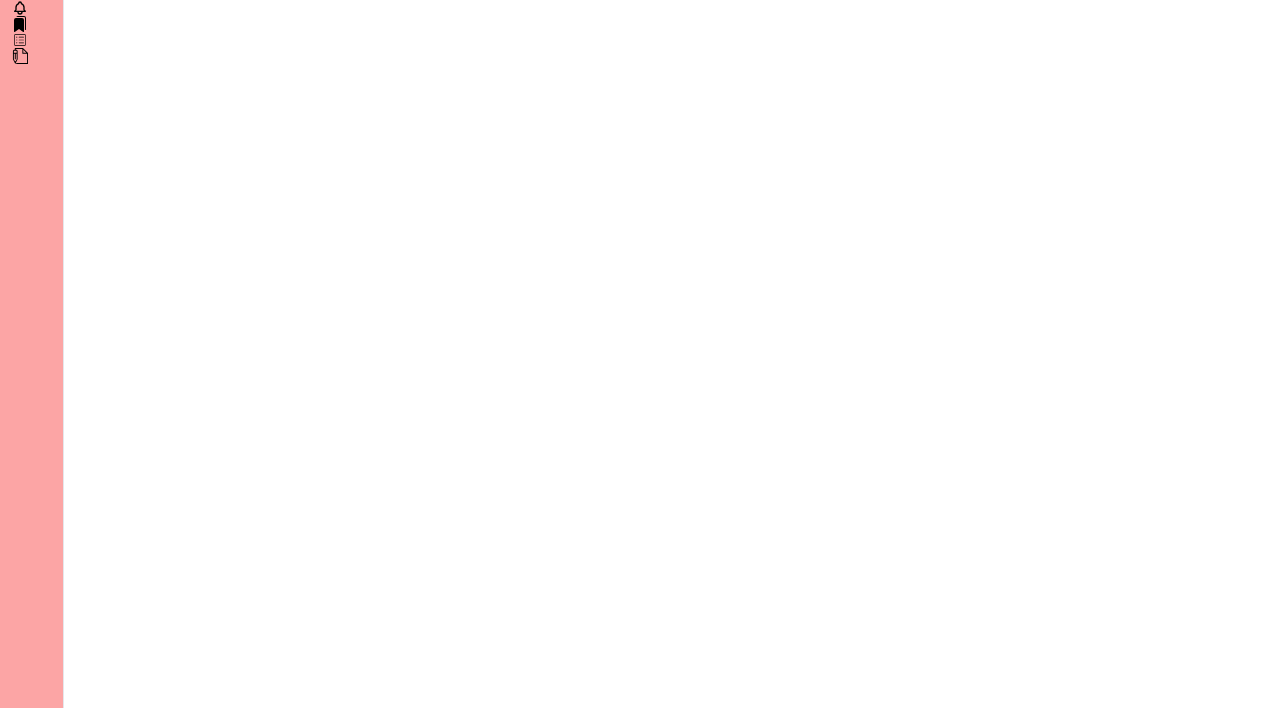
Repository: hisreal123/yt-build
Page: /Components/Menu
The author's editor kept a copy of each file at every save. The page is drawn from the files as they stood at one save, then again after the next save.
The browser window is 1280 px wide. The pictures show the whole page.
The project was rebuilt for these pictures with package versions that can differ from the ones it lists, and the page was loaded fresh each time. The framework's server and built-in components were replaced by stand-ins that run in the browser. Also part of the build but not shown: next.config.js.

Above is the page before, as saved 2022-11-12 01:24:57.

After the next save:
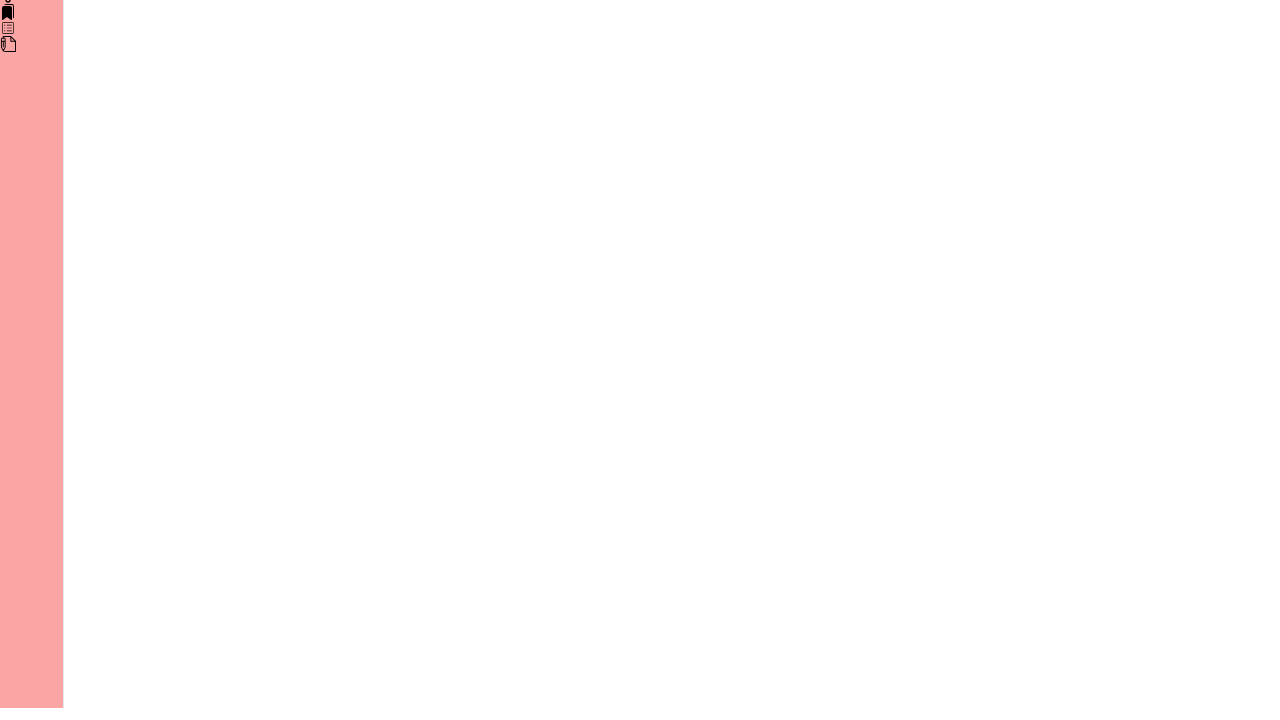
Saved 16 s later.
--- a/pages/Components/Menu.tsx
+++ b/pages/Components/Menu.tsx
@@ -9,7 +9,7 @@
 
 function Menu() {
   return (
-    <div className=" p-3 border-r lg:h-screen lg:w-auto sm:w-screen fixed bottom-3 bg-red-300 w-full lg:min-w-[5%]">
+    <div className=" border-r lg:h-screen lg:w-auto sm:w-screen fixed bottom-3 bg-red-300 w-full lg:min-w-[5%]">
       <SlHome className="lg:hidden" />
       <CiSearch className=" lg:hidden" />
       <CgProfile className=" lg:hidden" />

After the save that followed:
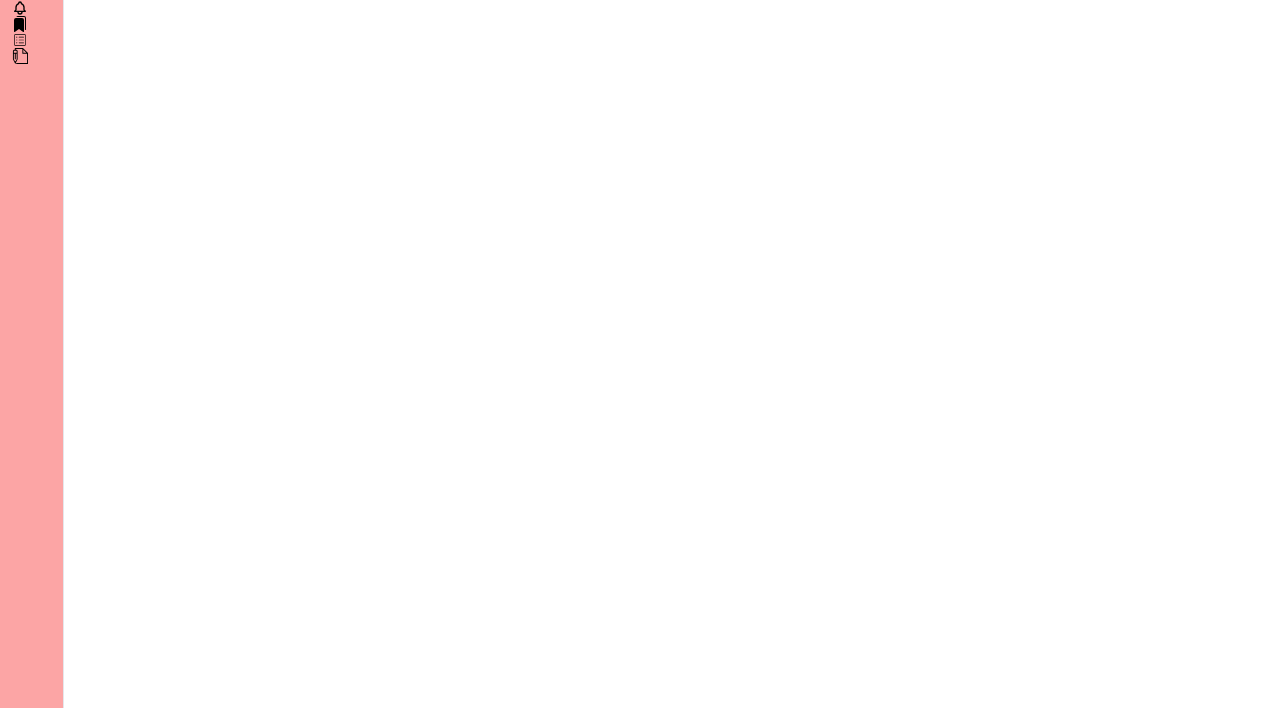
Saved 6 s later.
--- a/pages/Components/Menu.tsx
+++ b/pages/Components/Menu.tsx
@@ -9,7 +9,7 @@
 
 function Menu() {
   return (
-    <div className=" border-r lg:h-screen lg:w-auto sm:w-screen fixed bottom-3 bg-red-300 w-full lg:min-w-[5%]">
+    <div className="p-3 border-r lg:h-screen lg:w-auto sm:w-screen fixed bottom-3 bg-red-300 w-full lg:min-w-[5%]">
       <SlHome className="lg:hidden" />
       <CiSearch className=" lg:hidden" />
       <CgProfile className=" lg:hidden" />
